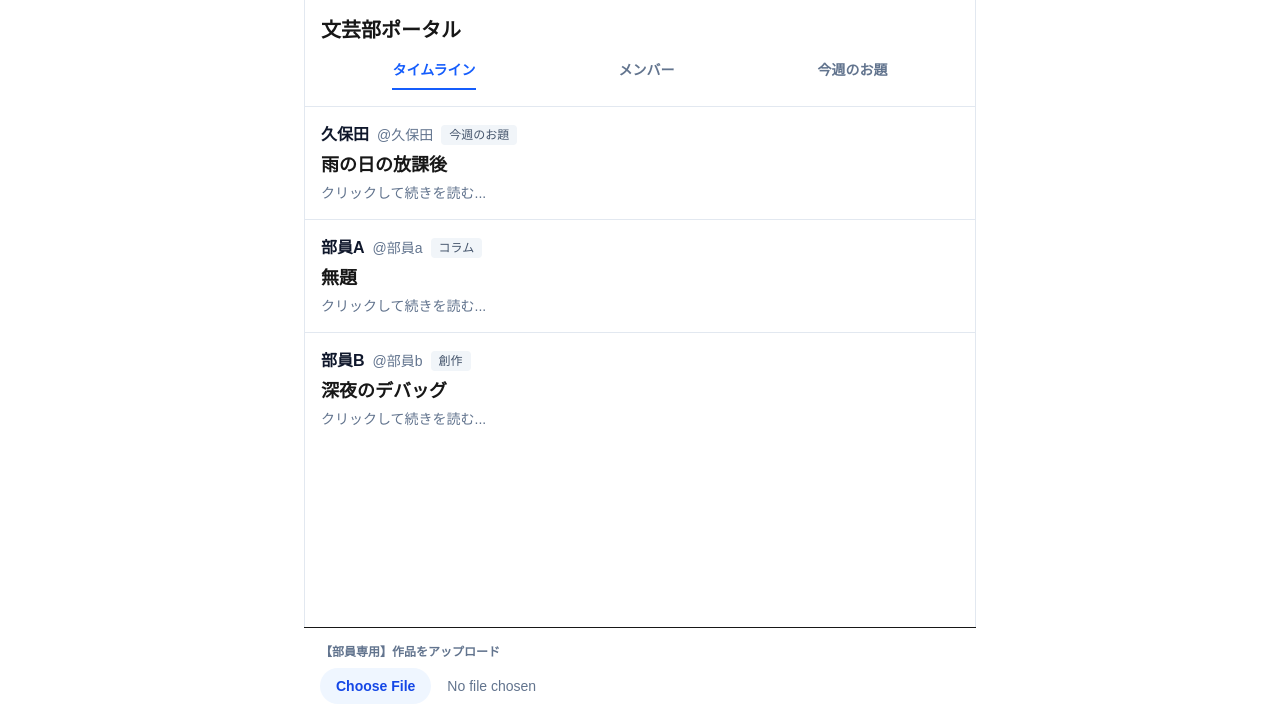
Repository: P-man2976/Literary-club-app
Page: /
An editor plug-in stored every save of this project. The page is shown before and after the next save, followed by the edit.
The browser window is 1280 px wide. The pictures show the whole page.
The page's requests for data from a server got no answer. The project was rebuilt for these pictures with package versions that can differ from the ones it lists, and the page was loaded fresh each time. The framework's server and built-in components were replaced by stand-ins that run in the browser. No one was signed in, and anything a server would have sent is missing. Also part of the build but not shown: next.config.ts.

Above is the page before, as saved 2026-01-31 11:42:00.

After the next save:
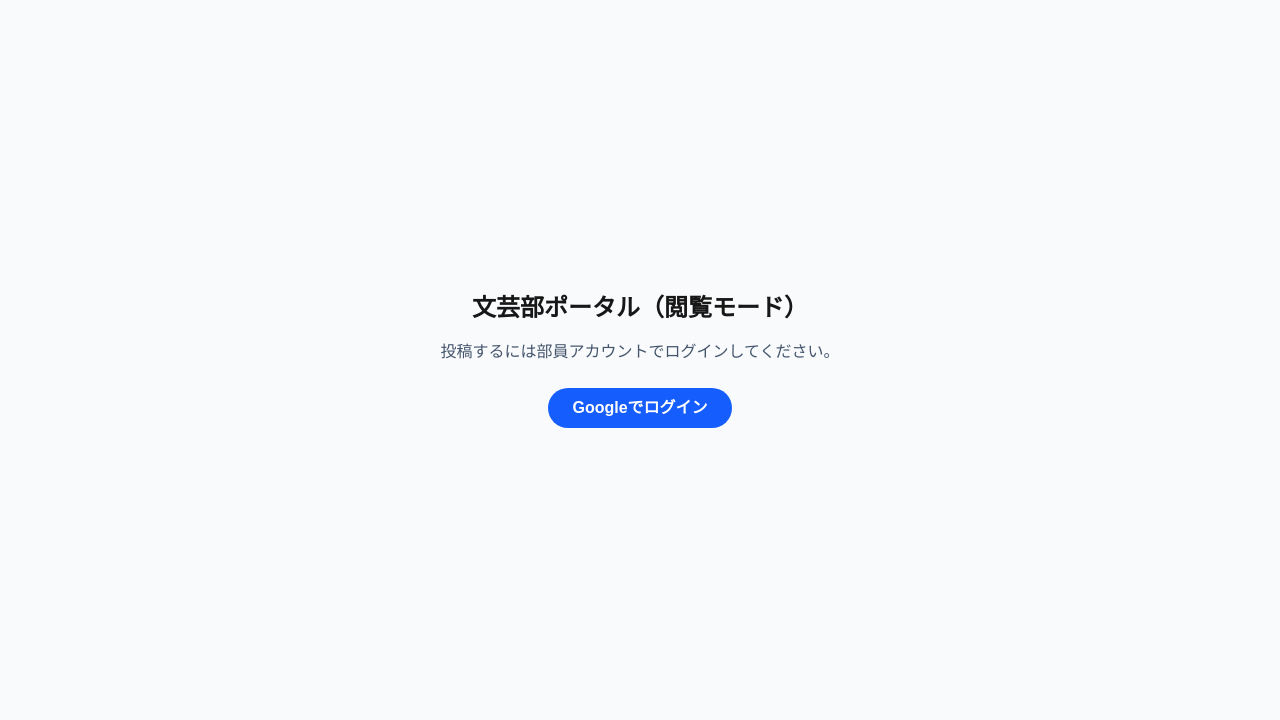
Saved 27 s later.
--- a/app/page.tsx
+++ b/app/page.tsx
@@ -1,120 +1,49 @@
-"use client"; // クライアントサイドでの動き（クリックなど）がある場合に必要です
+"use client";
 
+import { useSession, signIn, signOut } from "next-auth/react";
 import { useState } from "react";
 
-// 1. 投稿データの「型」を決める
-type Post = {
-  id: number;
-  author: string;
-  title: string;
-  body: string;
-  tag: string;
-};
+export default function Home() {
+  const { data: session, status } = useSession(); // 🆕 ログイン情報を取得
 
-export default function Home() {
-  // 2. Stateに型を教える
-  const [newPost, setNewPost] = useState<Partial<Post>>({
-    title: "",
-    body: "",
-    tag: "創作"
-  });
-  // ファイル読み込み用の関数
-  const handleFileChange = async (e: React.ChangeEvent<HTMLInputElement>) => {
-    const file = e.target.files?.[0];
-    if (!file) return;
+  // 1. ロード中（認証チェック中）
+  if (status === "loading") return <p className="p-10">読み込み中...</p>;
 
-    if (file.type === "text/plain") {
-      // TXTファイルの場合
-      const text = await file.text();
-      setNewPost({ ...newPost, body: text });
-    } else if (file.type === "application/pdf") {
-      // PDFの場合（簡易的なメッセージ）
-      setNewPost({ ...newPost, body: "PDFファイルが選択されました。変換処理を実行します..." });
-      // ここでpdf.jsなどを使ってテキスト抽出ロジックを呼ぶ
-    }
-  };
+  // 2. 未ログイン（匿名）の場合の画面
+  if (!session) {
+    return (
+      <main className="min-h-screen flex flex-col items-center justify-center bg-slate-50">
+        <h1 className="text-2xl font-bold mb-4">文芸部ポータル（閲覧モード）</h1>
+        <p className="mb-6 text-slate-600">投稿するには部員アカウントでログインしてください。</p>
+        <div className="flex gap-4">
+           <button onClick={() => signIn("google")} className="bg-blue-600 text-white px-6 py-2 rounded-full font-bold">
+             Googleでログイン
+           </button>
+           {/* 「匿名で閲覧」ボタンは、単にこの画面を閉じるか、状態を「閲覧のみ」にする処理 */}
+        </div>
+      </main>
+    );
+  }
 
-  // 現在開いている投稿のIDを記録する「State」
-  // nullなら何も開いていない、数字が入っていればそのIDの投稿が開いている
-  const [openPostId, setOpenPostId] = useState<number | null>(null);
-
-  // 仮の投稿データ（後でデータベースと繋ぎます）
-  const posts = [
-    { id: 1, author: "久保田", title: "雨の日の放課後", body: "（ここに本文が入ります...）窓の外は灰色で、アスファルトの匂いが鼻を突く。部室には私一人しかいない。", comments: 3, tag: "今週のお題" },
-    { id: 2, author: "部員A", title: "無題", body: "（ここに本文が入ります...）プログラミングと文学の共通点は、どちらも「言語」を扱っている点にある。", comments: 0, tag: "コラム" },
-    { id: 3, author: "部員B", title: "深夜のデバッグ", body: "（ここに本文が入ります...）セミコロン一つで世界が止まる。私の人生もそんなものかもしれない。", comments: 5, tag: "創作" },
-  ];
-
-  const togglePost = (id: number) => {
-    // すでに開いているIDをもう一度クリックしたら閉じる(nullにする)
-    setOpenPostId(openPostId === id ? null : id);
-  };
-
+  // 3. ログイン済みの画面
   return (
-    <main className="min-h-screen bg-white max-w-2xl mx-auto border-x border-slate-200">
-      {/* ヘッダー */}
-      <header className="sticky top-0 bg-white/80 backdrop-blur-md border-b border-slate-200 p-4">
-        <h1 className="text-xl font-bold">文芸部ポータル</h1>
-        {/* タブ切り替え（Twitter風） */}
-        <div className="flex mt-4 justify-around text-sm font-bold text-slate-500">
-          <div className="text-blue-600 border-b-2 border-blue-600 pb-2 cursor-pointer">タイムライン</div>
-          <div className="hover:text-slate-900 cursor-pointer">メンバー</div>
-          <div className="hover:text-slate-900 cursor-pointer">今週のお題</div>
+    <main className="max-w-2xl mx-auto p-4">
+      <header className="flex justify-between items-center mb-8">
+        <h1 className="text-xl font-bold">文芸部タイムライン</h1>
+        <div className="flex items-center gap-2">
+          <span className="text-sm">{session.user?.name}さん</span>
+          <button onClick={() => signOut()} className="text-xs text-red-500 underline">ログアウト</button>
         </div>
       </header>
 
-      {/* 投稿一覧（タイムライン） */}
-      <div className="divide-y divide-slate-200">
-        {posts.map((post) => (
-          <article key={post.id} className="p-4 hover:bg-slate-50 transition cursor-pointer" onClick={() => togglePost(post.id)}>
-            <div className="flex items-center gap-2 mb-1">
-              <span className="font-bold text-slate-900">{post.author}</span>
-              <span className="text-sm text-slate-500">@{post.author.toLowerCase()}</span>
-              <span className="text-xs bg-slate-100 px-2 py-0.5 rounded text-slate-600">{post.tag}</span>
-            </div>
-            <h2 className="text-lg font-bold mb-1">{post.title}</h2>
-            {/* 🔽 Stateによって表示を切り替える部分 */}
-            {openPostId === post.id ? (
-              <div className="mt-4 p-4 bg-slate-100 rounded-lg border-l-4 border-blue-500 animate-in fade-in duration-300">
-                <p className="text-slate-800 whitespace-pre-wrap leading-relaxed">
-                  {post.body}
-                  {"\n\n"}(長い文章がここに流し込まれるイメージです...)
-                </p>
-                <div className="mt-4 pt-4 border-t border-slate-300">
-                  <span>👍いいね</span>
-                  <p className="text-sm font-bold text-slate-500 mb-2">💬 コメント</p>
-                  <input
-                    type="text"
-                    placeholder="匿名でコメントする..."
-                    className="w-full p-2 text-sm border rounded"
-                    onClick={(e) => e.stopPropagation()} // 入力欄クリックで閉じないように
-                  />
-                </div>
-              </div>
-            ) : (
-              <p className="text-slate-500 line-clamp-1 text-sm">
-                クリックして続きを読む...
-              </p>
-            )}
-          </article>
-        ))}
-      </div>
+      {/* ログインユーザーだけが「＋」ボタンを見れる、または押せるようにする */}
+      {session.user?.email?.endsWith("@gmail.com") ? (
+         <button className="fixed bottom-8 right-8 w-14 h-14 bg-blue-500 text-white rounded-full shadow-lg text-2xl">＋</button>
+      ) : (
+         <p className="text-center text-sm text-slate-400">※部員のみ投稿可能です</p>
+      )}
 
-      {/* 投稿ボタン（右下に固定） */}
-      <div className="fixed bottom-0 left-0 right-0 bg-white border-t p-4 max-w-2xl mx-auto">
-        <p className="text-xs font-bold text-slate-500 mb-2 uppercase">【部員専用】作品をアップロード</p>
-        <input
-          type="file"
-          accept=".txt,.pdf"
-          onChange={handleFileChange}
-          className="block w-full text-sm text-slate-500 file:mr-4 file:py-2 file:px-4 file:rounded-full file:border-0 file:text-sm file:font-semibold file:bg-blue-50 file:text-blue-700 hover:file:bg-blue-100"
-        />
-        {newPost.title && (
-          <div className="mt-2 p-2 bg-blue-50 rounded text-sm text-blue-800">
-            ✅ 読み込み済み: <strong>{newPost.title}</strong>
-          </div>
-        )}
-      </div>
+      {/* 投稿一覧の表示ロジックへ続く... */}
     </main>
   );
 }
